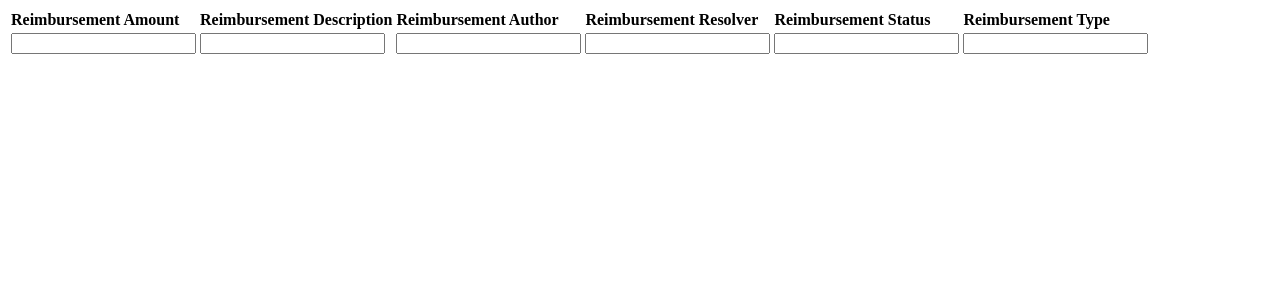
Repository: ricksnp/Reimbursement
Page: src/main/webapp/Reimbursement/html/index.html
An editor plug-in stored every save of this project. The page is shown before and after the next save, followed by the edit.
The browser window is 1280 px wide. The page is 1280 px wide, then 1282 px, so the pictures cover 1282 px, including what lies to the right of the window. The pictures show the whole page.

Above is the page before, as saved 2020-10-16 09:30:02.

### src/main/webapp/Reimbursement/html/index.html
<!DOCTYPE html>
<html>

<body>
    <form action="newReimbursement" method="post">
        <table allign="left">
            <tr>
                <th style="text-align:left">Reimbursement Amount</th>
                <th style="text-align:left">Reimbursement Description</th>
                <th style="text-align:left">Reimbursement Author</th>
                <th style="text-align:left">Reimbursement Resolver</th>
                <th style="text-align:left">Reimbursement Status</th>
                <th style="text-align:left">Reimbursement Type</th>

            </tr>
            <tr>
                <td><input type="text" name="amount" </td>
                <td><input type="text" name="desc" </td>
                <td><input type="text" name="author" </td>
                <td><input type="text" name="resolver" </td>
                <td><input type="text" name="status" </td>
                <td><input type="text" name="type" </td>

            </tr>


        </table>
</body>

</html>

After the next save:
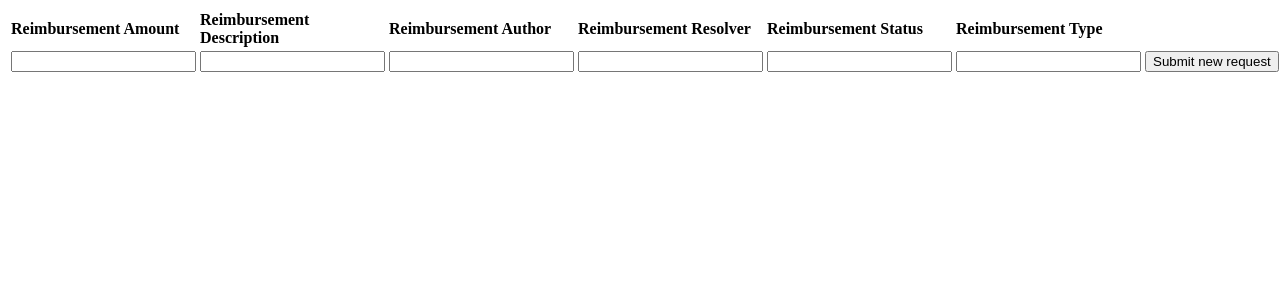
Saved 81 s later.
--- a/src/main/webapp/Reimbursement/html/index.html
+++ b/src/main/webapp/Reimbursement/html/index.html
@@ -20,6 +20,7 @@
                 <td><input type="text" name="resolver" </td>
                 <td><input type="text" name="status" </td>
                 <td><input type="text" name="type" </td>
+                <td><input type="submit" value="Submit new request" </td>
 
             </tr>
 
